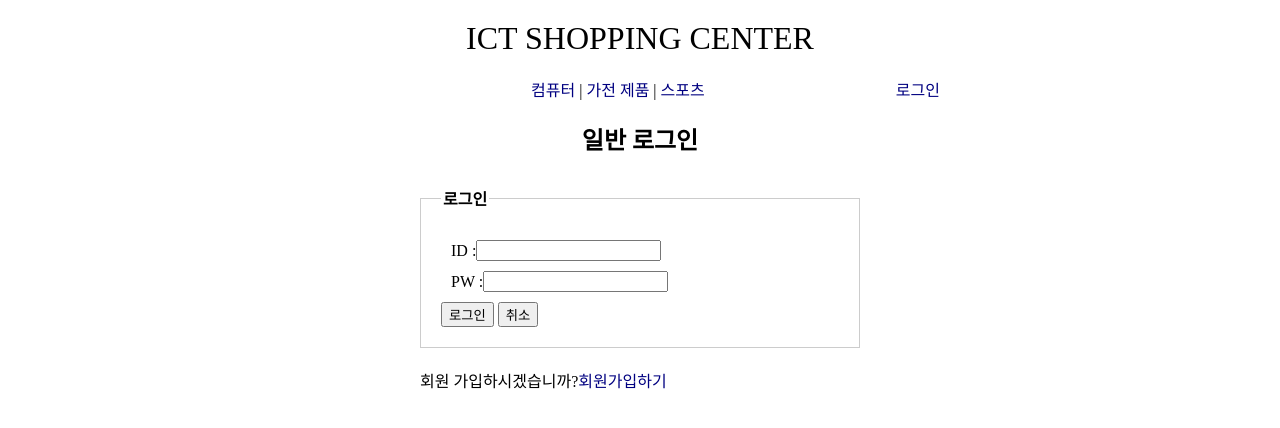
Repository: xlz5000/ICT
Page: http://localhost/spring_mvc02/WEB-INF/views/day09/loginForm.jsp
The author's editor kept a copy of each file at every save. The page is drawn from the files as they stood at one save, then again after the next save.
The browser window is 1280 px wide. The pictures show the whole page.
The page is served by Tomcat 9. Nobody is signed in. The template is opened directly, without the code that normally fills it, so the values that code supplies are empty.

Above is the page before, as saved 2025-04-17 01:01:39.

After the next save:
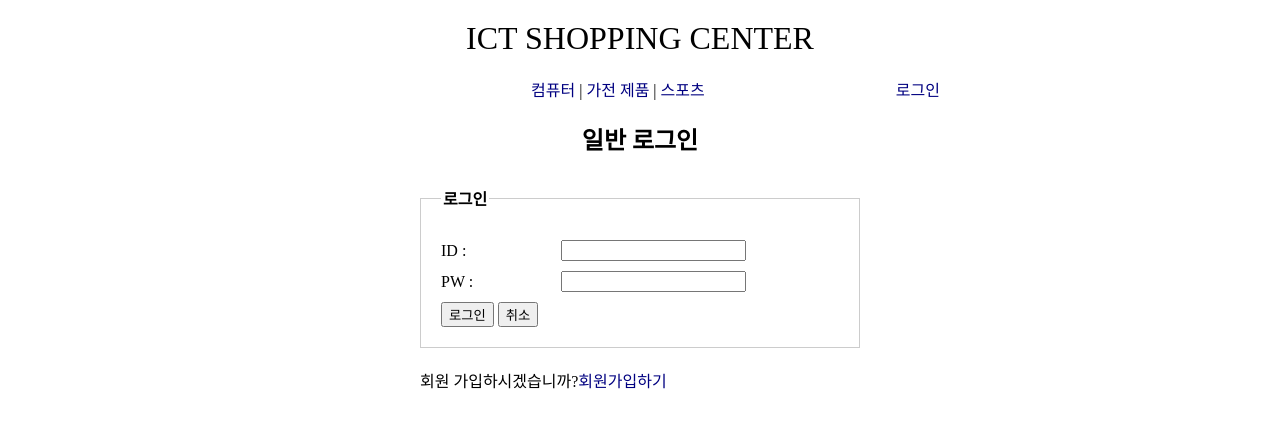
Saved 41 s later.
--- a/spring_mvc02/src/main/webapp/WEB-INF/views/day09/loginForm.jsp
+++ b/spring_mvc02/src/main/webapp/WEB-INF/views/day09/loginForm.jsp
@@ -44,8 +44,15 @@ margin: 0;
 li{
 	display:flex;
 	align-items: center;
-	margin: 10px;
+	margin: 10px 0;
 
+}
+
+
+
+li label{
+	width: 120px;
+	flex-shrink: 0;
 }
 </style>
 </head>
